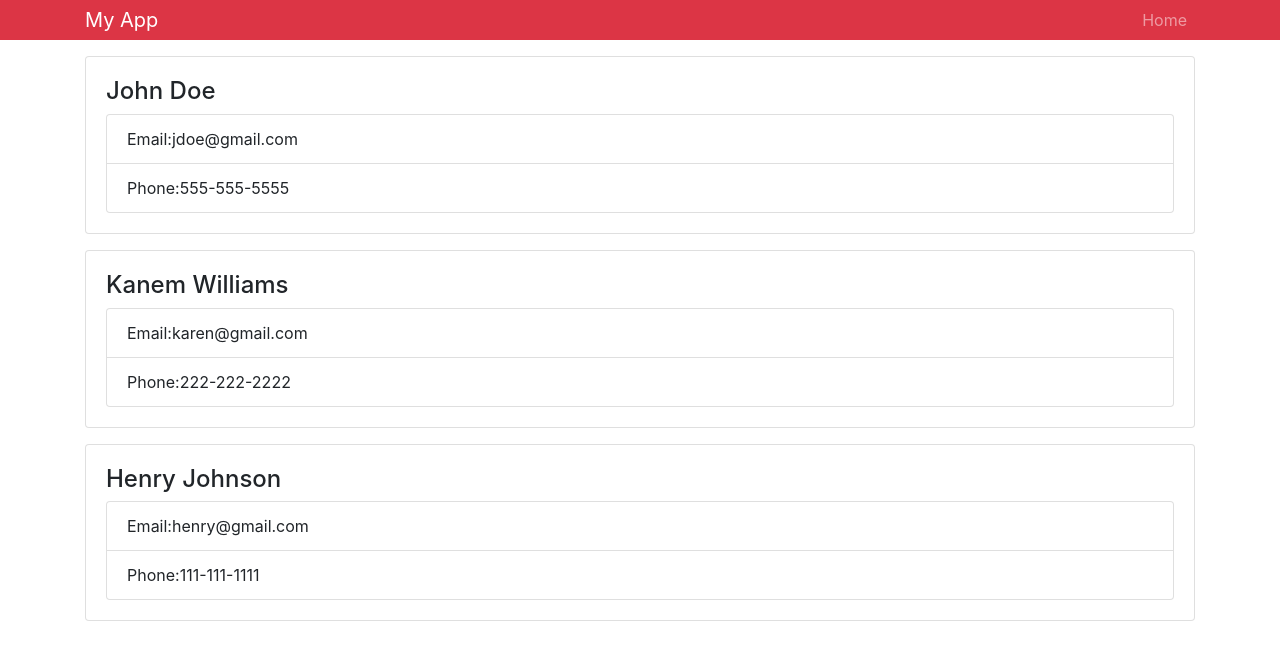
Repository: Mtbwka/contactmanager
Page: /contact/add
The author's editor kept a copy of each file at every save. The page is drawn from the files as they stood at one save, then again after the next save.
The browser window is 1280 px wide. The pictures show the whole page.
Some web libraries are served in a nearby version. The project was rebuilt for these pictures with package versions that can differ from the ones it lists, and the page was loaded fresh each time.

Above is the page before, as saved 2019-05-01 13:03:04.

After the next save:
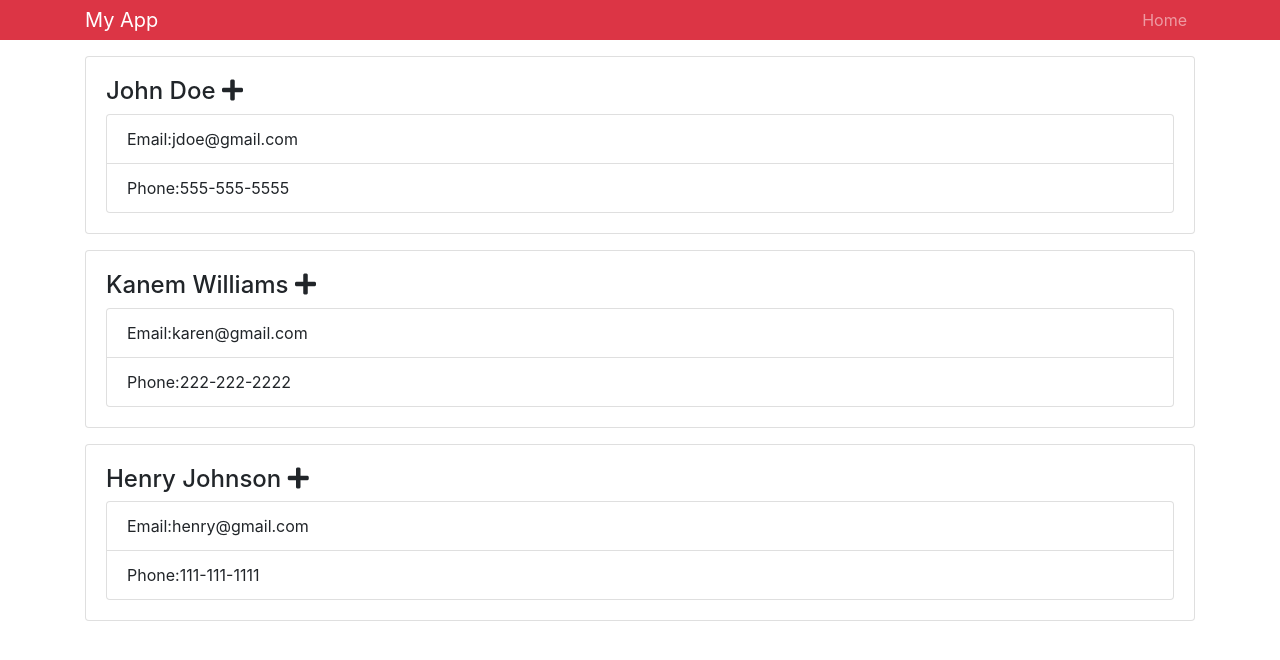
Saved 40 s later.
--- a/src/components/Contact.js
+++ b/src/components/Contact.js
@@ -7,7 +7,9 @@ class Contact extends Component {
 
     return (
       <div className='card card-body mb-3'>
-        <h4>{name}</h4>
+        <h4>
+          {name} <i className='fas fa-plus' />
+        </h4>
         <ul className='list-group'>
           <li className='list-group-item'>Email:{email}</li>
           <li className='list-group-item'>Phone:{phone}</li>
